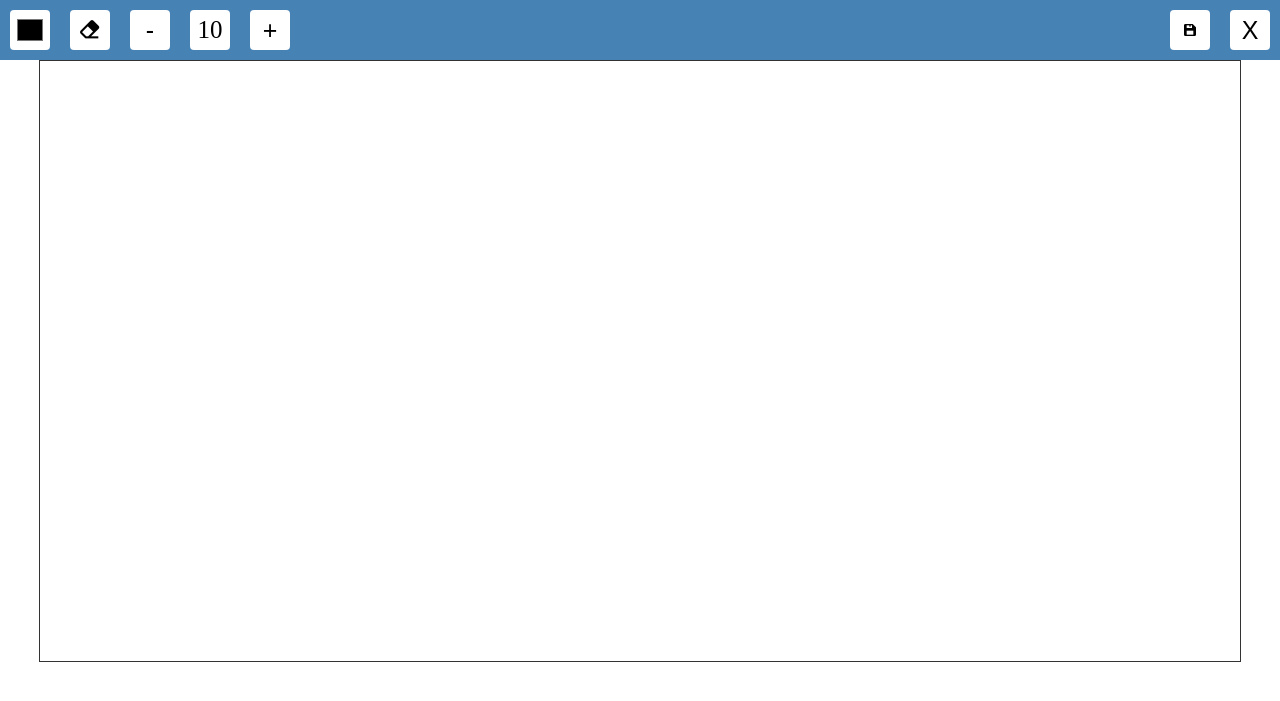
Repository: reminzuetto/DrawingApp
Page: index.html
An editor plug-in stored every save of this project. The page is shown before and after the next save, followed by the edit.
The browser window is 1280 px wide. The pictures show the whole page.

Above is the page before, as saved 2024-06-10 20:37:29.

### index.html
<!DOCTYPE html>
<html lang="en">
  <head>
    <meta charset="UTF-8" />
    <meta http-equiv="X-UA-Compatible" content="IE=edge" />
    <meta name="viewport" content="width=device-width, initial-scale=1.0" />
    <title>Drawing App</title>
    <link
      href="https://unpkg.com/boxicons@2.0.9/css/boxicons.min.css"
      rel="stylesheet"
    />
    <link rel="stylesheet" href="style.css" />
  </head>
  <body>
    <div class="container">
      <div class="tools">
        <input type="color" id="color" />
        <button id="eraser">
          <i class="bx bxs-eraser"></i>
        </button>
        <button id="decrease">-</button>
        <span id="size">10</span>
        <button id="increase">+</button>
        <a download="example.png" id="save">
          <i class="bx bxs-save"></i>
        </a>
        <button id="clear">X</button>
      </div>
      <canvas id="canvas" width="1200" height="600"></canvas>
    </div>

    <script src="main.js"></script>
  </body>
</html>

### style.css
* {
  box-sizing: border-box;
  padding: 0;
  margin: 0;
}

body {
  background-color: #fff;
}

canvas {
  position: relative;
  display: block;
  margin: 0 auto;
  border: 1px solid #333;
}

.tools {
  background-color: steelblue;
  display: flex;
  align-items: center;
}

.tools > * {
  background-color: #fff;
  border: none;
  font-size: 25px;
  height: 40px;
  width: 40px;
  padding: 5px;
  margin: 10px;
  display: flex;
  align-items: center;
  justify-content: center;
  cursor: pointer;
  border-radius: 4px;
}

#save {
  font-size: 16px;
  margin-left: auto;
  text-decoration: none;
}

### main.js
const canvas = document.getElementById("canvas");
const colorEl = document.getElementById("color");
const eraserEl = document.getElementById("eraser");
const decreaseBtn = document.getElementById("decrease");
const increaseBtn = document.getElementById("increase");
const sizeEL = document.getElementById("size");
const saveEl = document.getElementById("save");
const clearEl = document.getElementById("clear");

const context = canvas.getContext("2d");

let size = 10;
let isPressed = false;
colorEl.value = "black";
let color = colorEl.value;
let x, y;

canvas.addEventListener("mousedown", (e) => {
  isPressed = true;

  x = e.offsetX;
  y = e.offsetY;
});

document.addEventListener("mouseup", (e) => {
  isPressed = false;

  x = undefined;
  y = undefined;
});

canvas.addEventListener("mousemove", (e) => {
  if (isPressed) {
    const x2 = e.offsetX;
    const y2 = e.offsetY;

    drawCircle(x2, y2);
    drawLine(x, y, x2, y2);

    x = x2;
    y = y2;
  }
});

function drawCircle(x, y) {
  context.beginPath();
  context.arc(x, y, size, 0, Math.PI * 2);
  context.fillStyle = color;
  context.fill();
}

function drawLine(x1, y1, x2, y2) {
  context.beginPath();
  context.moveTo(x1, y1);
  context.lineTo(x2, y2);
  context.strokeStyle = color;
  context.lineWidth = size * 2;
  context.stroke();
}

function updateSizeOnScreen() {
  sizeEL.innerText = size;
}

increaseBtn.addEventListener("click", () => {
  size += 5;

  if (size > 50) {
    size = 50;
  }

  updateSizeOnScreen();
});

decreaseBtn.addEventListener("click", () => {
  size -= 5;

  if (size < 5) {
    size = 5;
  }

  updateSizeOnScreen();
});

colorEl.addEventListener("change", (e) => (color = e.target.value));

clearEl.addEventListener("click", () =>
  context.clearRect(0, 0, canvas.width, canvas.height)
);

eraserEl.addEventListener("click", () => {
  color = "#fff";
});

saveEl.addEventListener("click", (e) => {
  const imageURI = canvas.toDataURL("image/png");
  e.currentTarget.href = imageURI;
});

After the next save:
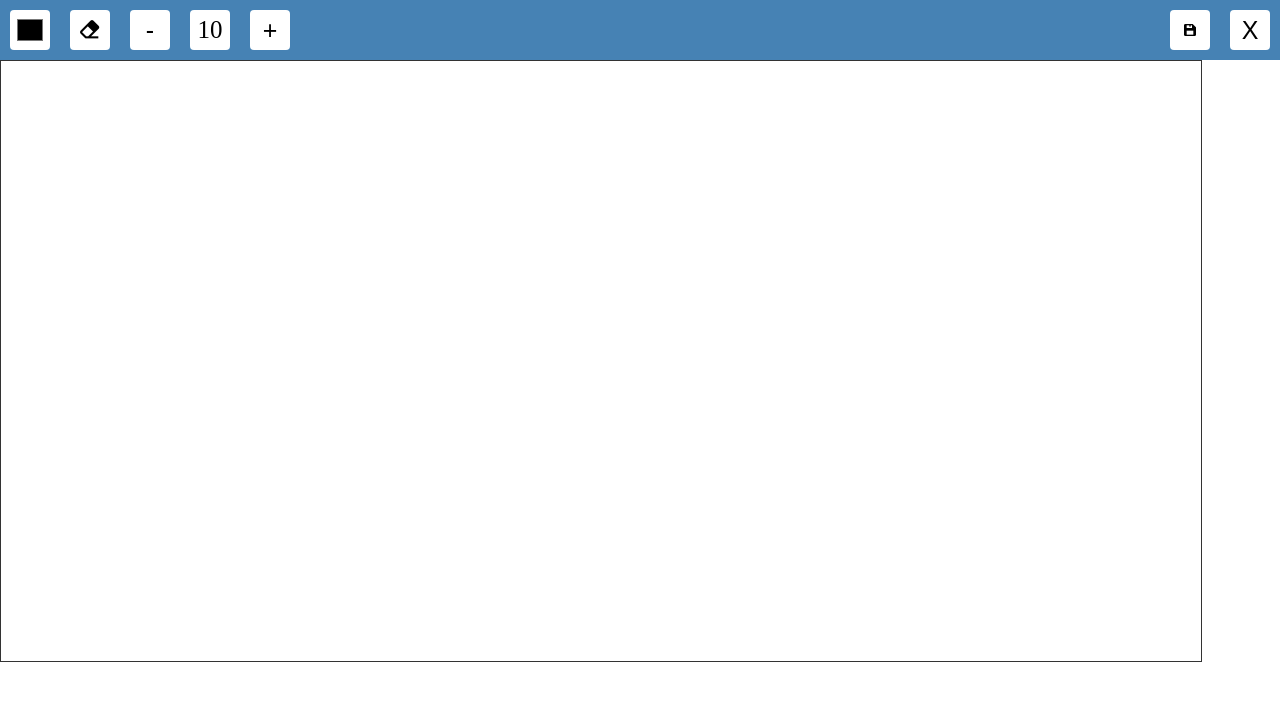
Saved 9 s later.
--- a/style.css
+++ b/style.css
@@ -11,7 +11,7 @@ body {
 canvas {
   position: relative;
   display: block;
-  margin: 0 auto;
+  margin: 10 auto;
   border: 1px solid #333;
 }
 
